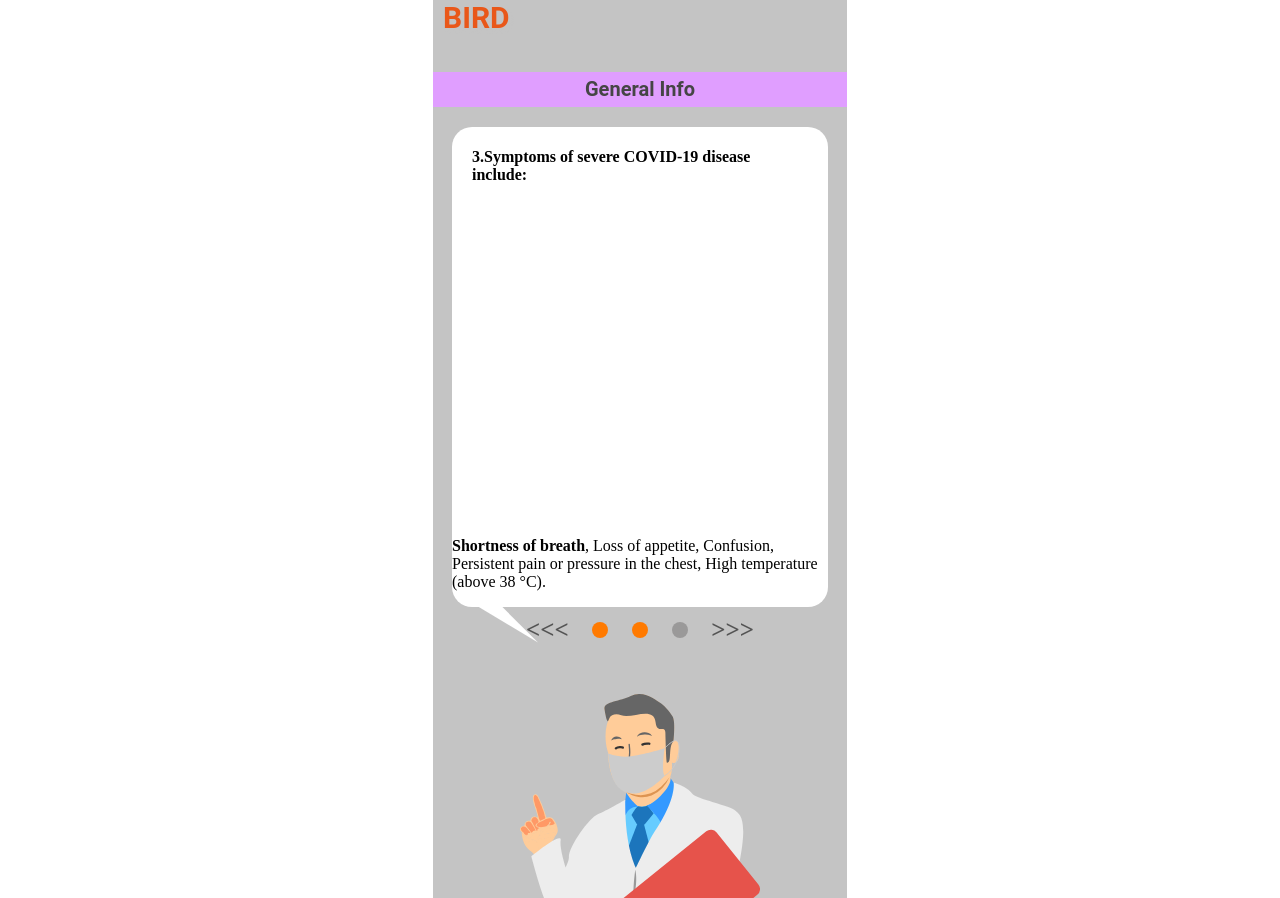
Repository: Levic559/BIRD
Page: General_info-3/1.html
The author's editor kept a copy of each file at every save. The page is drawn from the files as they stood at one save, then again after the next save.
The browser window is 1280 px wide. The pictures show the whole page.

Above is the page before, as saved 2021-03-11 01:10:19.

After the next save:
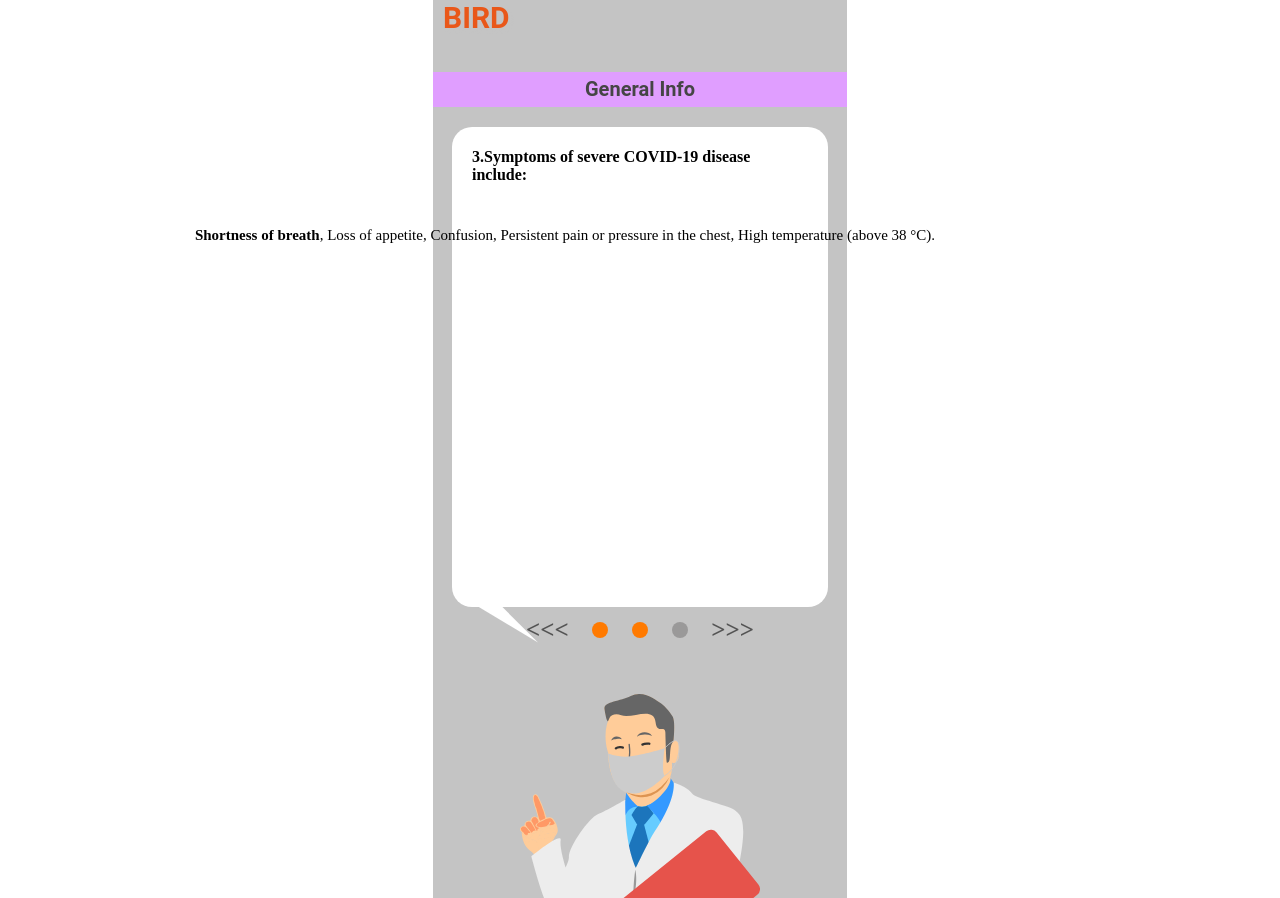
Saved 22 s later.
--- a/General_info-3/1.html
+++ b/General_info-3/1.html
@@ -16,7 +16,7 @@
         <h4 class="infographicQ">3.Symptoms of severe COVID‐19 disease include:
 
         </h4>
-        <p class="infographicText2"><b>Shortness of breath</b>,
+        <p class="infographicText1"><b>Shortness of breath</b>,
           Loss of appetite,
           Confusion,
           Persistent pain or pressure in the chest,

After the save that followed:
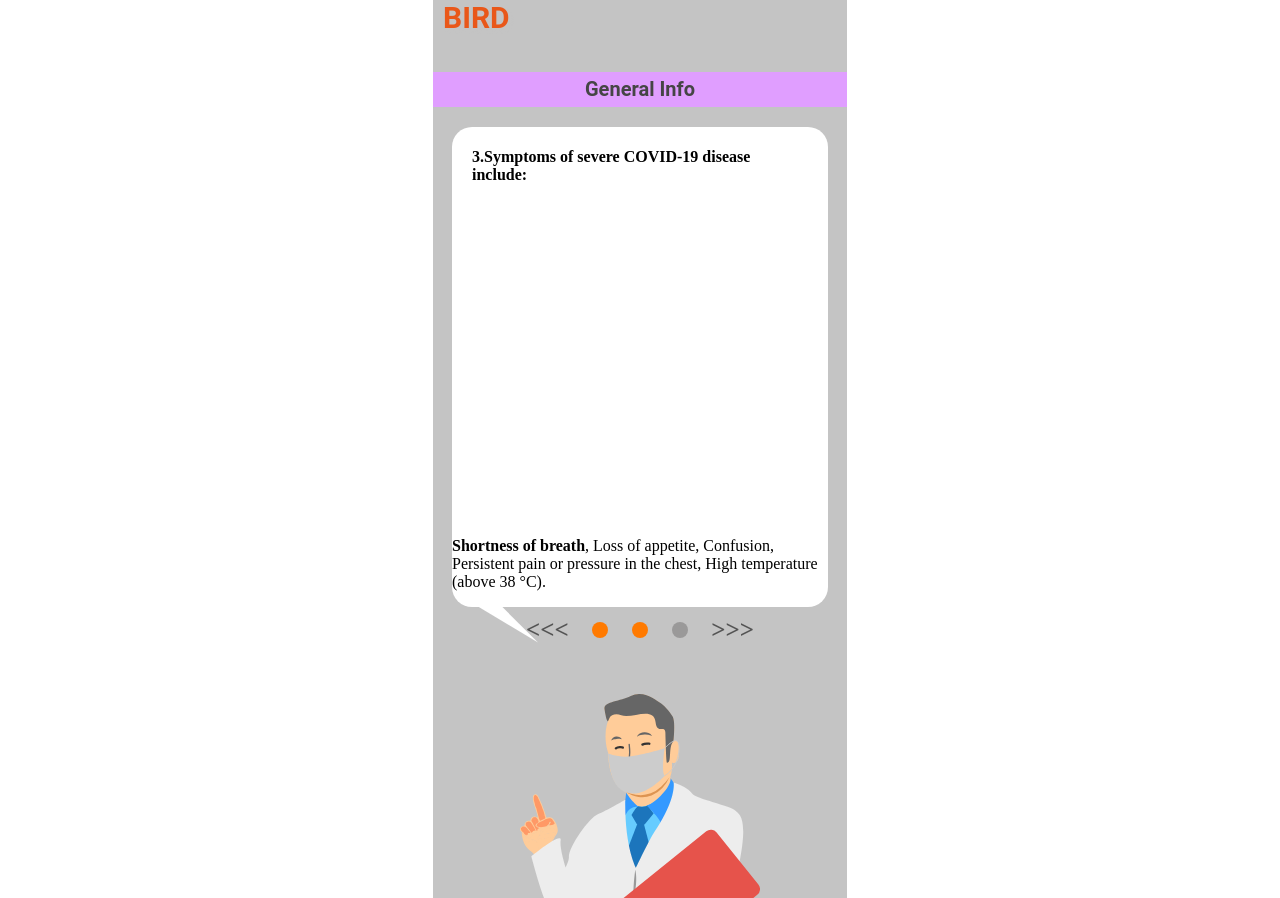
Saved 9 s later.
--- a/General_info-3/1.html
+++ b/General_info-3/1.html
@@ -16,7 +16,7 @@
         <h4 class="infographicQ">3.Symptoms of severe COVID‐19 disease include:
 
         </h4>
-        <p class="infographicText1"><b>Shortness of breath</b>,
+        <p class="infographicText2"><b>Shortness of breath</b>,
           Loss of appetite,
           Confusion,
           Persistent pain or pressure in the chest,
